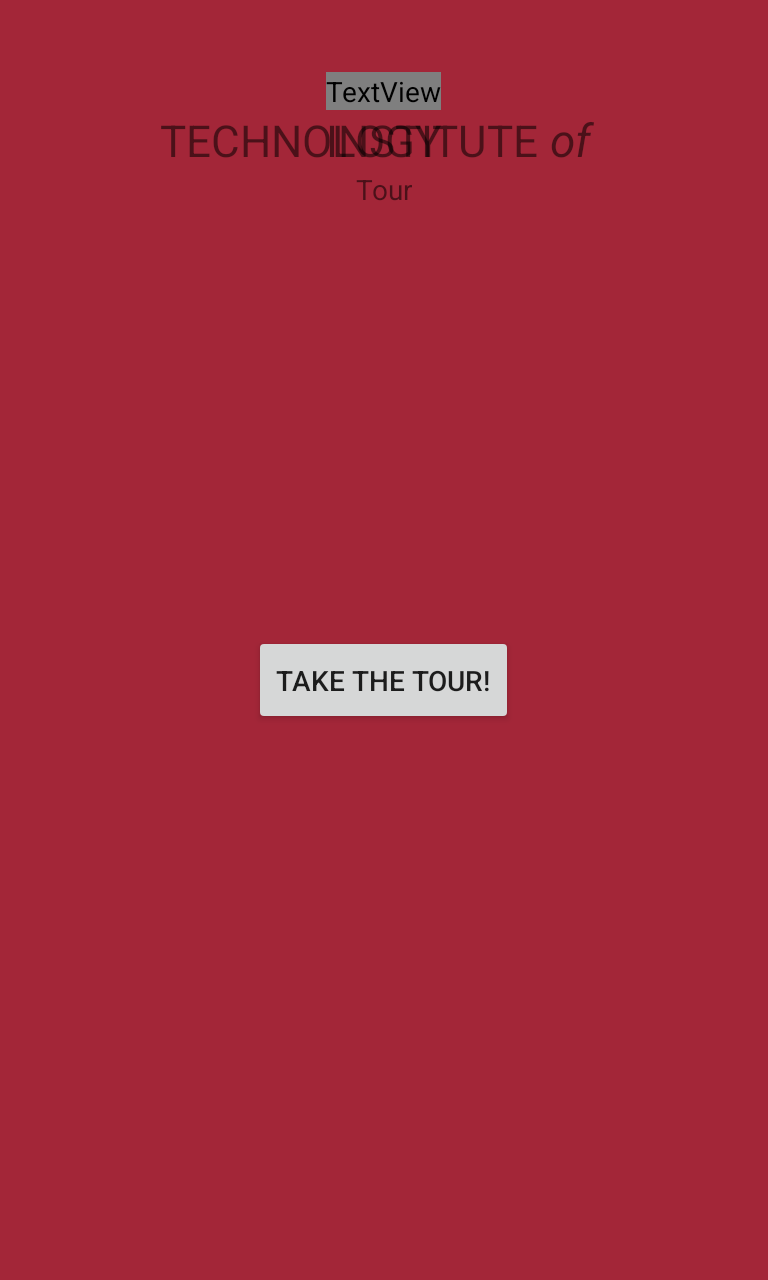
Repository: Klyros/StevensTourApp
Layout: StevensTourApp/res/layout/activity_home_screen.xml
An editor plug-in stored every save of this project. The layout is shown before and after the next save, followed by the edit.
Pictures or frames that could not be fetched are drawn as grey boxes. It is drawn on a 768 x 1280 px phone screen (xhdpi) without system bars, with theme AppTheme; the app's code is not run.

Above is the layout before, as saved 2014-08-23 23:46:19.

After the next save:
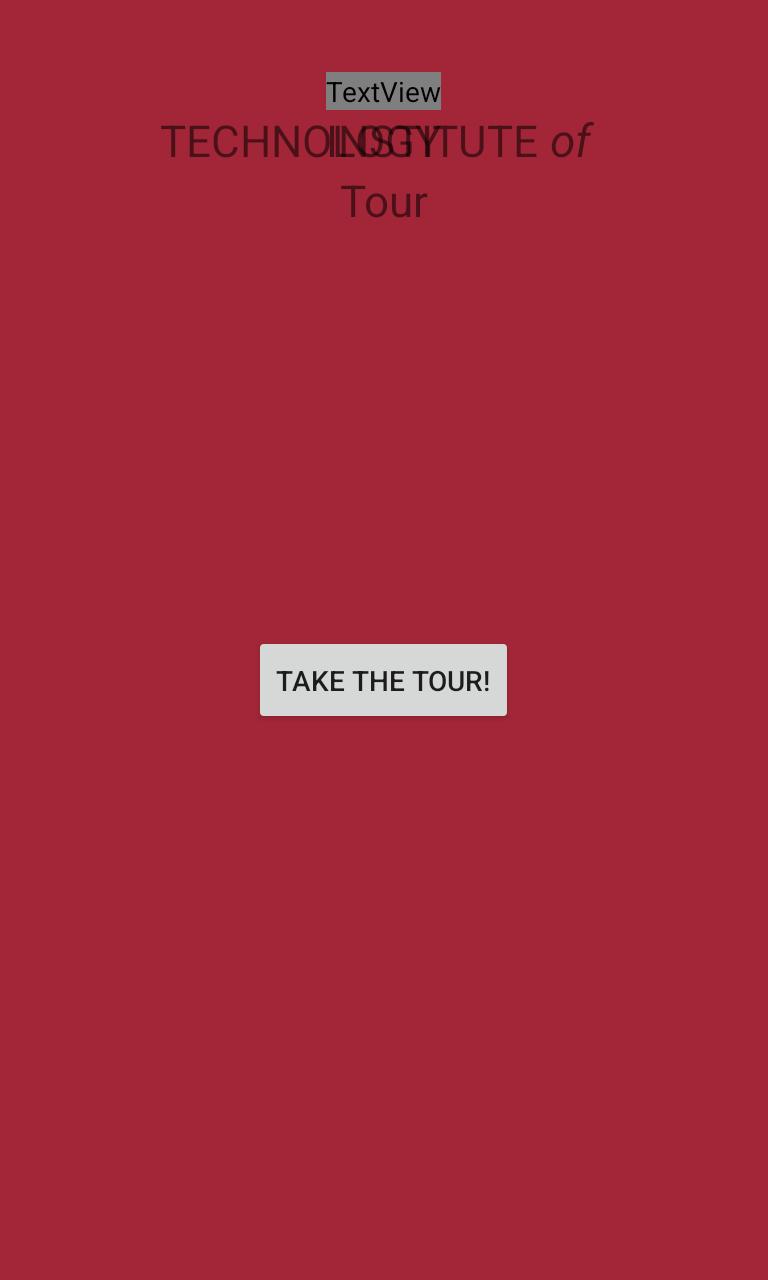
Saved 11 s later.
--- a/StevensTourApp/res/layout/activity_home_screen.xml
+++ b/StevensTourApp/res/layout/activity_home_screen.xml
@@ -66,6 +66,7 @@
             android:layout_height="wrap_content"
             android:layout_centerHorizontal="true"
             android:layout_below="@+id/stevensOf"
+            android:textSize="22sp"
             android:text="Tour" />
 
 </RelativeLayout>
